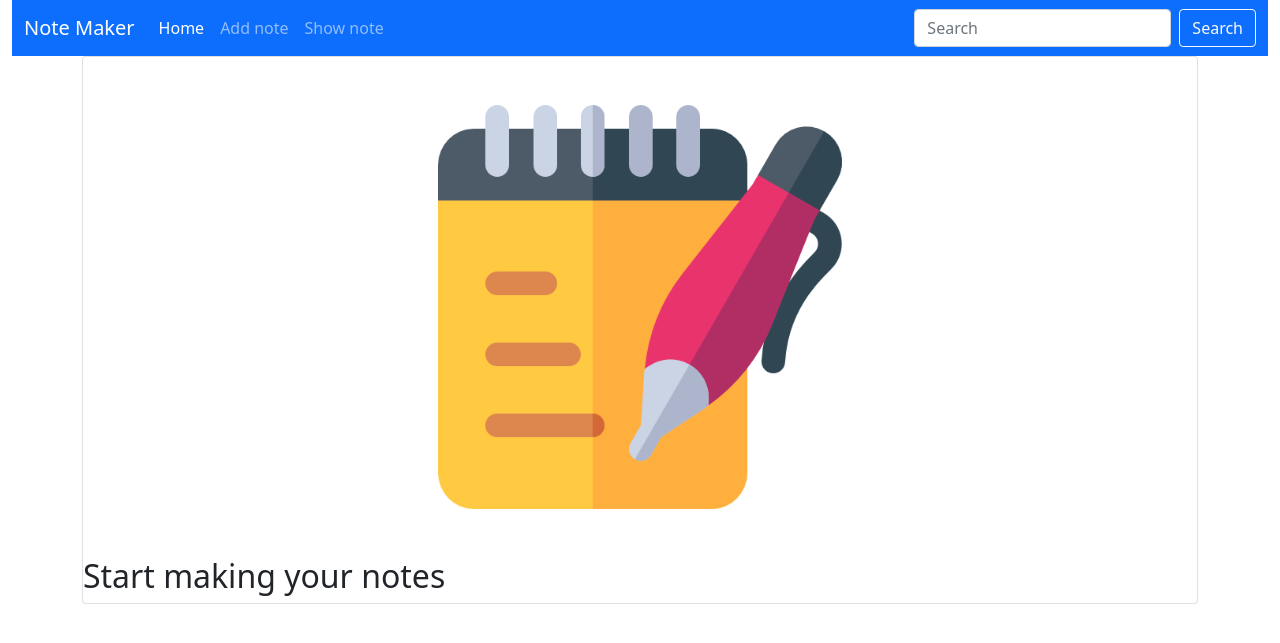
Repository: sachin1830/hibernateproject
Page: http://localhost/com.todolist/
These files come from the project's save history. The page is drawn as it stood at one moment and after the next save; the edit follows.
The browser window is 1280 px wide. The pictures show the whole page.
Some web libraries are served in a nearby version. The page is served by Tomcat 9.

Above is the page before, as saved 2021-01-23 05:58:44.

After the next save:
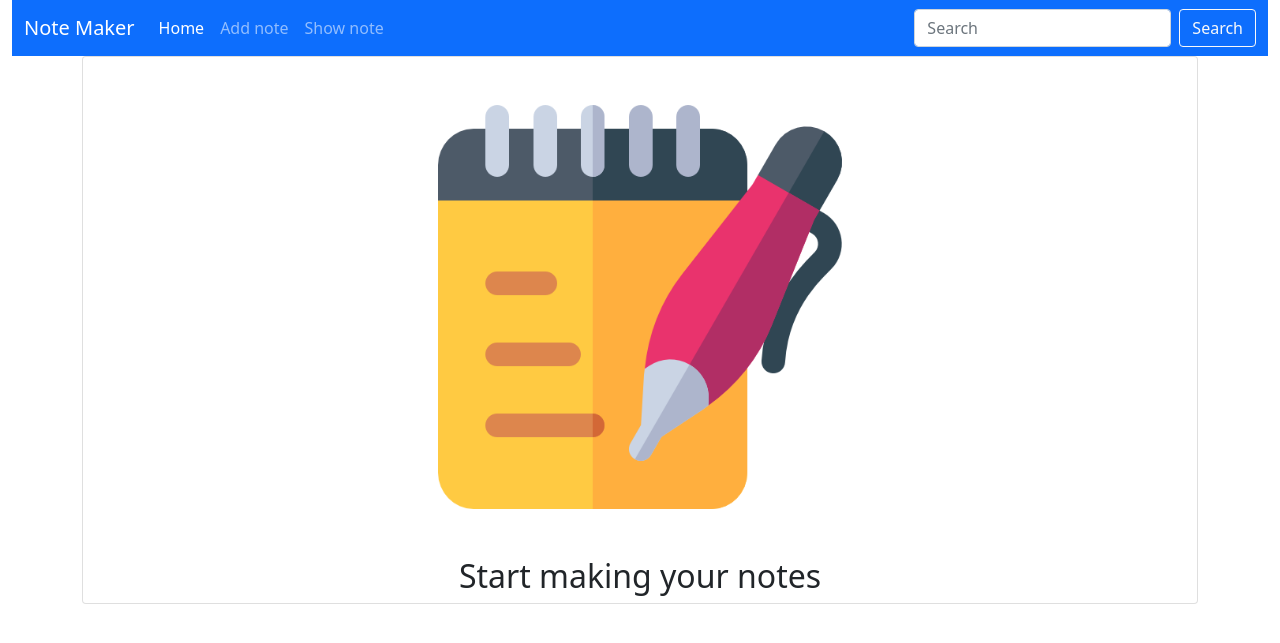
Saved 14 s later.
--- a/com.todolist/src/main/webapp/index.jsp
+++ b/com.todolist/src/main/webapp/index.jsp
@@ -17,7 +17,7 @@
   	<div class="container">
   		<div class="card">
   			<img src="img/notes.png" alt="image not found" style="max-width:500px" class="img-fluid mx-auto p-5">
-  			<h2>Start making your notes</h2>
+  			<h2 class="text-center">Start making your notes</h2>
   		</div>
   	</div>
 
